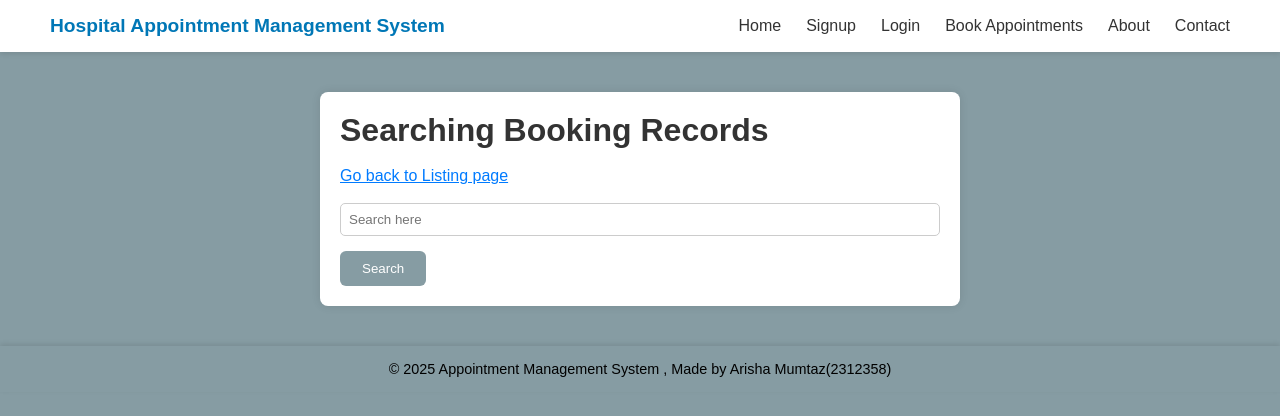
Repository: Arisha004/Hospital-Appointment-Management-System
Page: http://localhost/searching.php
An editor plug-in stored every save of this project. The page is shown before and after the next save, followed by the edit.
The browser window is 1280 px wide. The pictures show the whole page.
The page is run by PHP 8.4 with error messages shown; the project is at /var/www/html/.

Above is the page before, as saved 2025-10-26 22:30:35.

### searching.php

<?php
include 'db.php';
  if(isset($_GET['search'])){
    $filteredvalues=$_GET['search'];
    $sql = "SELECT * FROM appointments
        WHERE CONCAT(full_name, ' ', email) LIKE '%$filteredvalues%'";
    $result=$conn->query($sql);

    }
//When the user types something in the search box, e.g., "Arisha", and submits the form with method="get", it goes into the URL:

?>
<html>
    <head>
        <link rel="stylesheet" href="style2.css">
        <style>

 table{
    width: 70%;
    border-collapse: collapse;
    margin-top: 20px;
    margin-left: 160px;
    background-color: #ddd;

  }
  th, td {
    padding: 12px;
    text-align: left;
    border: 1px solid black;
  }
  tr:hover {background-color: #f1f1f1;}
  a{
      color: #007bff;
  }



        </style>
    </head>
    <body>
 <header class="navbar">
    <div class="logo">Hospital Appointment Management System</div>
    <nav>
      <ul>
        <li><a href="landingpage.html">Home</a></li>
          <li><a href="signup.php">Signup</a></li>
        <li><a href="login.php">Login</a></li>
        <li><a href="index.php">Book Appointments</a></li>
        <li><a href="about.html">About</a></li>
        <li><a href="contact.html">Contact</a></li>
      </ul>
    </nav>
  </header>


        <form action="" method="get">
<div class="container1">
    <h1>Searching Booking Records </h1> <br>
      <p><a href="list.php"> Go back to Listing page</a></p><br>



    <input type="text" name="search" required value="<?php if(isset($_GET['search'])){
    echo $_GET['search'];
}?>" placeholder="Search here">
    <button type="submit">Search</button>

</div>
</form>


<?php
if (isset($result) && $result->num_rows > 0){

echo "<table border='1' cellpadding='10'>";
  echo   "<tr>
    <th>ID</th>
    <th>Name</th>
    <th>Email</th>


    </tr>";

    while($items = $result->fetch_assoc()) {


        echo "<tr>";

    echo "<td>".$items["id"]."</td>";
    echo "<td>".$items["full_name"]."</td>";
    echo "<td>".$items["email"]."</td>";
       echo "</tr>";

        }

    echo "</table>";
   }
    elseif (isset($_GET['search'])){
      echo "<br>";
        echo "No Record Found";
    }

?>

 <footer>
    <p>© 2025 Appointment Management System , Made by Arisha Mumtaz(2312358)</p>
  </footer>
    </body>
</html>

### db.php
<?php

$servername = "localhost";
$username = "root";
$password = "";
$dbname="midterm";

$conn=new mysqli($servername, $username, $password,$dbname);
if($conn->connect_error){
    die("Connection failed: " . $conn->connect_error);
}


?>

### style2.css
  /* Reset and fonts */
* {
  margin: 0;
  padding: 0;
  box-sizing: border-box;
  font-family: 'Poppins', sans-serif;
}

body {
  background: #869CA3;
  color: #333;
}
  .container1 { width: 50%; margin: 40px auto; background: #fff; padding: 20px; border-radius: 8px; box-shadow: 0 0 10px rgba(0,0,0,0.1); }
  h2 { text-align: center; color: #869CA3; }
  label { font-weight: bold; display: block; margin-bottom: 5px; }
  input, select, textarea {
      width: 100%;
      padding: 8px;
      margin-bottom: 15px;
      border: 1px solid #ccc;
      border-radius: 5px;
  }
 /* Footer */
footer {
  text-align: center;
  padding: 15px;
  background-color:#869CA3;
        color: black;
  box-shadow: 0 -2px 5px rgba(0,0,0,0.1);
  font-size: 0.9rem;

}
label span {
  color: red;
}

/* Navbar */
.navbar {
  display: flex;
  justify-content: space-between;
  align-items: center;
  padding: 15px 50px;
  background: #fff;
  box-shadow: 0 2px 5px rgba(0,0,0,0.1);
  position: sticky;
  top: 0;
  z-index: 10;
}

.navbar .logo {
  font-weight: 700;
  font-size: 1.2rem;
  color: #0077b6;
}

.navbar ul {
  display: flex;
  list-style: none;
}

.navbar ul li a {
  text-decoration: none;
  color: #333;
  margin-left: 25px;
  transition: 0.3s;
}

.navbar ul li a:hover {
  color: #0077b6;
}

  button{

  display: inline-block;
  background-color: #869CA3;
  color: #fff;
  padding: 10px 22px;
  border: none;
  border-radius: 6px;
  cursor: pointer;
  font-weight: 500;

  transition: 0.3s;
   text-align: center;
}

button:hover {
  background-color: #7498a3;
  transform: translateY(-2px);
}

  input[type=submit] {
      background-color: #007bff;
      color: white;
      border: none;
      padding: 10px 15px;
      cursor: pointer;
      border-radius: 5px;
  }
  input[type=submit]:hover {
      background-color: #0056b3;
  }
  select[name="status"] {
    background-color: #f8f9fa;
    color: #495057;
    padding: 8px;
    margin-bottom: 15px;
    border: 1px solid #ced4da;
    border-radius: 5px;
    width: 100%;
}

select[name="status"] option[value="Pending"] { color: #ffc107; }
select[name="status"] option[value="Confirmed"] { color: #28a745; }
select[name="status"] option[value="Cancelled"] { color: #dc3545; }
select[name="status"] option[value="Completed"] { color: #17a2b8; }

After the next save:
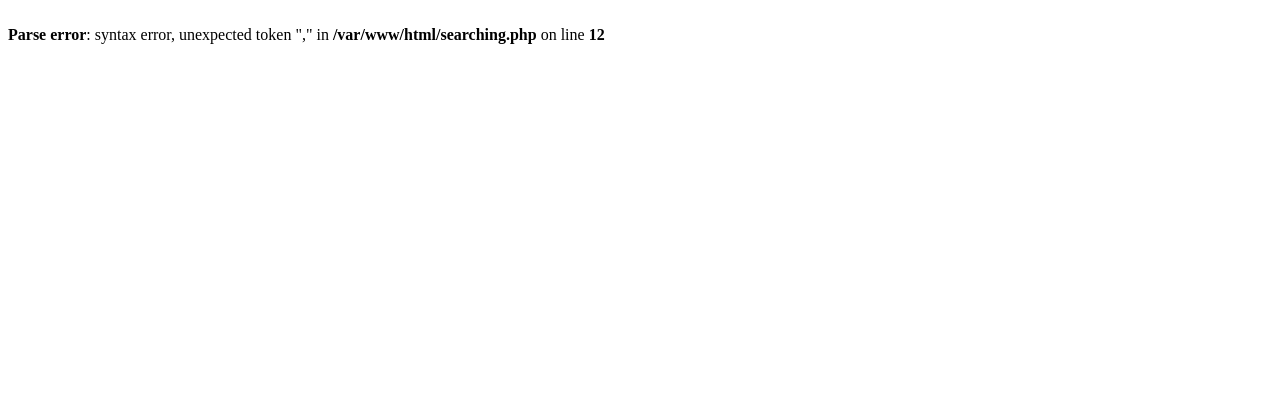
Saved 4 s later.
--- a/searching.php
+++ b/searching.php
@@ -8,7 +8,8 @@ include 'db.php';
     $result=$conn->query($sql);
 
     }
-//When the user types something in the search box, e.g., "Arisha", and submits the form with method="get", it goes into the URL:
+//When the user types something in the search box,
+e.g., "Arisha", and submits the form with method="get", it goes into the URL:
 
 ?>
 <html>
